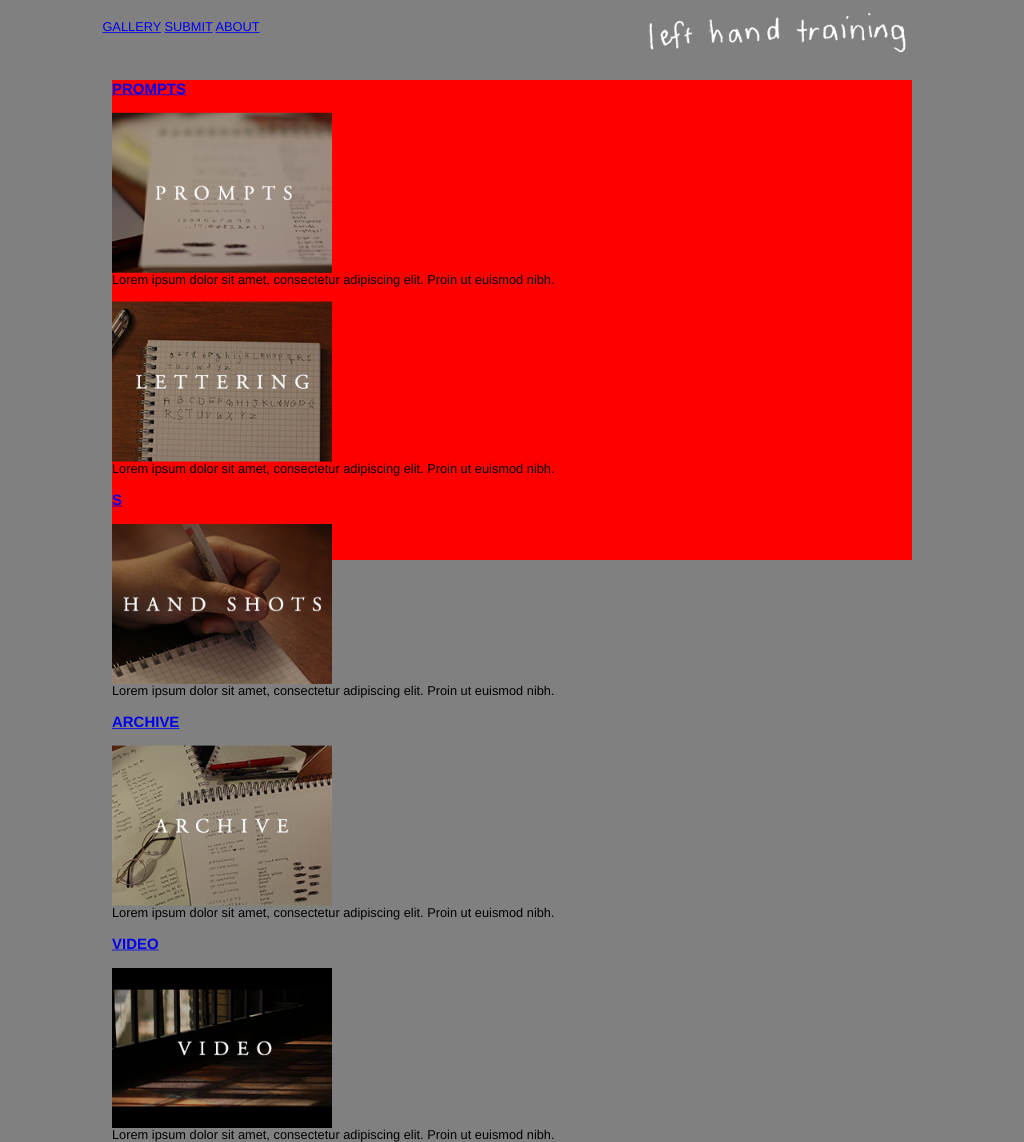
Repository: simonekurtz/simonekurtz.github.io
Page: 3ASGN_Catalog/gallery.html
The author's editor kept a record of every edit. The page is drawn from the files as they stood at one moment, then again after the next edit.
The browser window is 1280 px wide. The pictures show the whole page, at 80% of full size.
Some web libraries are served in a nearby version.

Above is the page before.

### 3ASGN_Catalog/gallery.html
<html>
    <head>
       <title>Left Hand Training</title>
         <link rel="stylesheet" href="gallery.css">

    </head>
    <body>
    <div class="splash-header">
        </div>

        <div class="header-image"><a href="index.html"><img src="images/menu/title_small.png"></a>
        </div>

        <div class="menu">
        <a href="gallery.html">GALLERY</a>
        <a href="submit.html">SUBMIT</a>
        <a href="about.html">ABOUT</a>
        </div>

<!--        <div class="menu">
            <a href="gallery.html"><img src="images/menu/gallery.png" class="gallerylink"></a>
            <a href="submit.html"><img src="images/menu/submit.png" class="submitlink"></a>
            <a href="about.html"><img src="images/menu/about.png" class="aboutlink"></a>

-->

        <div class="splash image">
            <a href="images/images/IMG_3008.jpg"></a>
        </div>

        <div class="content">
            <div class="GalleryBinder">

                <div class="GalleryBinderSub1">

                <div class="Gallery1">
                    <h3><a href="prompts.html">PROMPTS</a></h3>
                    <div class="galleryContainer1">
                        <div class="galleryImage1"><img src="images/images/PromptsCover.png">
                        </div>
                        <div class="galleryText">
                        Lorem ipsum dolor sit amet, consectetur adipiscing elit. Proin ut euismod nibh.
                        </div>
                    </div>
                </div>
                <div class="Gallery2">
                    <h3><a href="lettering.html"></a></h3>
                    <div class="galleryContainer2">
                        <div class="galleryImage2"><img src="images/images/LetteringCover.png">
                        </div>
                        <div class="galleryText">
                        Lorem ipsum dolor sit amet, consectetur adipiscing elit. Proin ut euismod nibh.
                        </div>
                    </div>
                </div>
                <div class="Gallery3">
                    <h3><a href="handshots.html">S</a></h3>
                    <div class="galleryContainer3">
                        <div class="galleryImage3"> <img src="images/images/HandCover.png">

                        </div>
                        <div class="galleryText">
                        Lorem ipsum dolor sit amet, consectetur adipiscing elit. Proin ut euismod nibh.
                        </div>
                    </div>
                </div>
                </div>
                <div class="GalleryBinderSub1">
                <div class="Gallery4">
                    <h3><a href="archive.html">ARCHIVE</a></h3>
                    <div class="galleryContainer4">
                        <div class="galleryImage4">
                            <img src="images/images/ArchiveCover.png">
                        </div>
                        <div class="galleryText">
                        Lorem ipsum dolor sit amet, consectetur adipiscing elit. Proin ut euismod nibh.
                        </div>
                    </div>
                </div>
                <div class="Gallery5">
                    <h3><a href="video.html">VIDEO</a></h3>
                    <div class="galleryContainer5">
                        <div class="galleryImage5"><img src="images/images/VideoCover.png">
                        </div>
                        <div class="galleryText">
                        Lorem ipsum dolor sit amet, consectetur adipiscing elit. Proin ut euismod nibh.
                        </div>
                    </div>
                </div>
                </div>
            </div>
            <div class="longwrapper">
                <div class="wrappercontent">

                </div>
            </div>
        </div>



        <script type="text/javascript" src="//code.jquery.com/jquery-1.11.2.min.js"></script>
        <script type="text/javascript" src="script.js"></script>
    </body>
</html>

### 3ASGN_Catalog/gallery.css
body {
    margin: 0px;
    cursor: url("images/icons/left-arrow-resize.png"), auto;
    font-family: helvetica, arial, sans-serif;
    background-color: gray;
}

a:hover{
    cursor:url("images/icons/left-pointer-resize.png"), auto;
}

.menu {
    position: absolute;
    width: 350px;
    left: 10%;
    top: 25px;
}

.header-image {
    position: absolute;
    top:10px;
    right: 10%;
}

.gallerylink {
    position: relative;
    padding: 1%;
}

.submitlink {
    position: relative;
    padding: 1%;
    top: -7px;
}

.aboutlink {
    position: relative;
    padding: 1%;
    top: -11px;
}

.content {
    background-color: red;
    width: 1000px;
    height: 600px;
    margin: 0 auto;
    margin-top: 100px;
}

### 3ASGN_Catalog/script.js
// var delay=1000 //set delay in miliseconds
// var curindex=0


	var randomimages = ["IMG_2998.JPG", "IMG_3003.jpg", "IMG_3008.jpg", "IMG_3018.jpg", "IMG_3043.jpg"];


function randselect() {
    var slideshow = "url(images/images/" + randomimages[Math.floor(Math.random()*randomimages.length)] + ")";

$("body").css("background-image",slideshow);

}

setInterval("randselect()",7000);

setTimeout("randselect()",1000);




// var preload=new Array()

// for (n=0;n<randomimages.length;n++)
// {
// 	preload[n]=new Image()
// 	preload[n].src=randomimages[n]
// }

// document.write('<img name="defaultimage" src="images/'+randomimages[Math.floor(Math.random()*(randomimages.length))]+'">')

// function rotateimage()
// {

// if (curindex==(tempindex=Math.floor(Math.random()*(randomimages.length)))){
// curindex=curindex==0? 1 : curindex-1
// }
// else
// curindex=tempindex

// 	document.images.defaultimage.src=randomimages[curindex]
// }

// setInterval("rotateimage()",delay)

After the next edit:
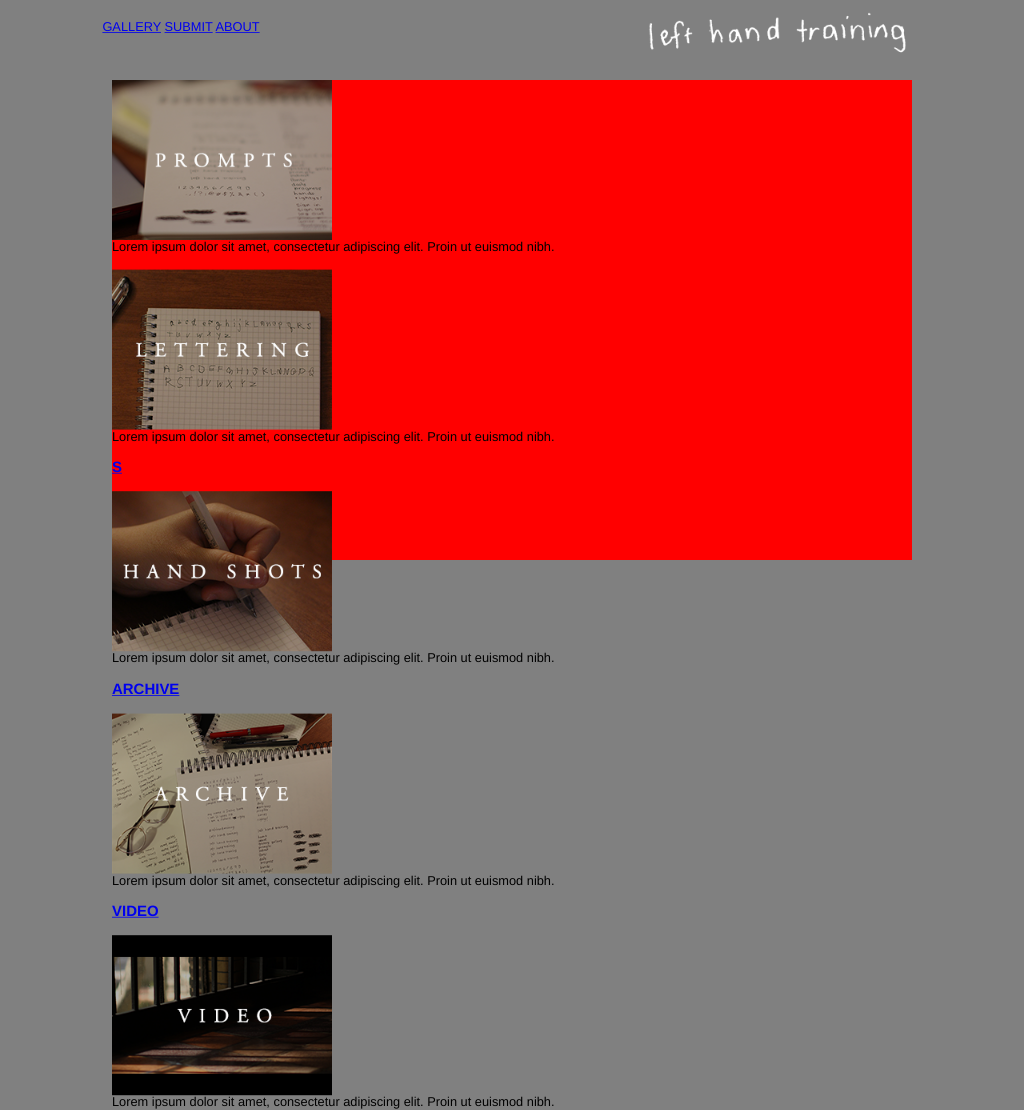
The edit:
--- a/3ASGN_Catalog/gallery.html
+++ b/3ASGN_Catalog/gallery.html
@@ -34,7 +34,7 @@
                 <div class="GalleryBinderSub1">
 
                 <div class="Gallery1">
-                    <h3><a href="prompts.html">PROMPTS</a></h3>
+                    <h3><a href="prompts.html"></a></h3>
                     <div class="galleryContainer1">
                         <div class="galleryImage1"><img src="images/images/PromptsCover.png">
                         </div>
